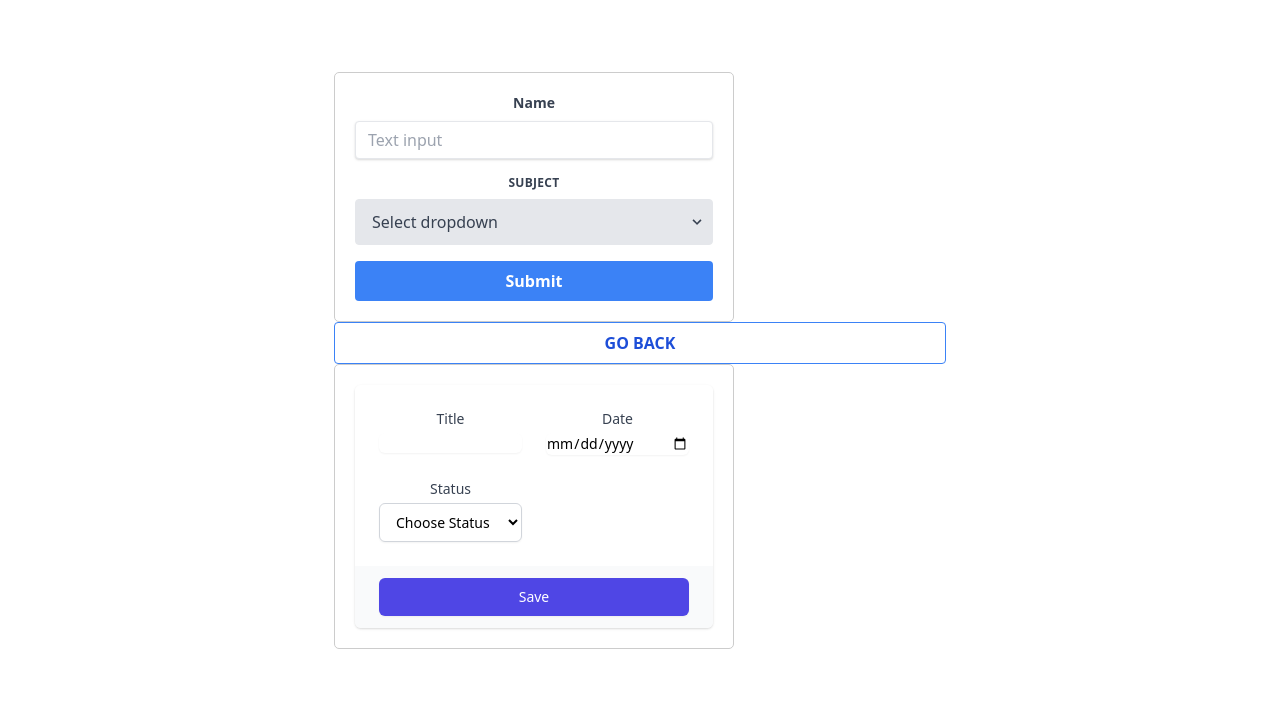
Repository: maikeru-desu/parking-lot
Page: /add (app in parking-lot-fe/)
The author's editor kept a copy of each file at every save. The page is drawn from the files as they stood at one save, then again after the next save.
The browser window is 1280 px wide. The pictures show the whole page.
The project was rebuilt for these pictures with package versions that can differ from the ones it lists, and the page was loaded fresh each time. Also part of the build but not shown: parking-lot-fe/craco.config.js, parking-lot-fe/src/pages/Home.js, parking-lot-fe/src/pages/Edit.js.

Above is the page before, as saved 2021-10-14 06:56:56.

### parking-lot-fe/src/index.js
import React from 'react';
import ReactDOM from 'react-dom';
import './index.css';
import App from './App';
import {Provider} from "react-redux";
import {BrowserRouter} from "react-router-dom";
import reportWebVitals from './reportWebVitals';
import store from './redux/store';

ReactDOM.render(
    <React.StrictMode>
        <BrowserRouter>
            <Provider store={store}>
                <App />
            </Provider>
        </BrowserRouter>
    </React.StrictMode>,
    document.getElementById('root')
);

// If you want to start measuring performance in your app, pass a function
// to log results (for example: reportWebVitals(console.log))
// or send to an analytics endpoint. Learn more: https://bit.ly/CRA-vitals
reportWebVitals();

### parking-lot-fe/src/App.js
import logo from './logo.svg';
import './App.css';
import {Switch, Route} from "react-router-dom";
import Home from './pages/Home';
import Add from './pages/Add';
import Edit from './pages/Edit';

function App() {
  return (
    <div className="App">
        <Switch>
            <Route exact path="/" component={Home} />
            <Route exact path="/add" component={Add} />
            <Route exact path="/edit/:id" component={Edit} />
        </Switch>
    </div>
  );
}

export default App;

### parking-lot-fe/src/redux/store.js
import {createStore, applyMiddleware} from "redux";
import logger from "redux-logger";
import reduxThunk from "redux-thunk";
import rootReducer from "./root-reducer";

const middlewares = [reduxThunk];

if (process.env.NODE_ENV === "development") {
    middlewares.push(logger)
}

const store = createStore(rootReducer, applyMiddleware(...middlewares));

export default store;

### parking-lot-fe/src/pages/Add.js
import React, {useState} from 'react'
import { useHistory } from 'react-router-dom';
import { useDispatch } from 'react-redux';
import { addEvent } from '../redux/actions';
import '../form.css';

const Add = () => {
    const [state, setState] = useState({
        title: "",
        date: "",
        status: ""
    });

    const [error, setError] = useState("");

    let history = useHistory();
    let dispatch = useDispatch();
    const {title, date, status} = state;

    const handleChange = (e) => {
        let {name, value} = e.target;
        console.log(value);
        setState({...state, [name]: value});
    }

    const handleSubmit = (e) => {
        e.preventDefault();
        console.log(state);
        if (!title || !date || !status) {
            setError("All fields are required");
        } else {
            dispatch(addEvent(state));
            history.push('/');
            setError("");
        }
    }
    return (
        <div>
            <form action="">
                <div className="mb-4">
                    <label className="block text-gray-700 text-sm font-bold mb-2" for="name">
                        Name
                    </label>
                    <input
                        className="shadow appearance-none border rounded w-full py-2 px-3 text-gray-700 leading-tight focus:outline-none focus:shadow-outline"
                        id="name" type="text" placeholder="Text input" />
                </div>
                <div className="mb-4">
                    <label className="block uppercase tracking-wide text-gray-700 text-xs font-bold mb-2" for="grid-state">
                        Subject
                    </label>
                    <div className="relative">
                        <select
                            className="block appearance-none w-full bg-gray-200 border border-gray-200 text-gray-700 py-3 px-4 pr-8 rounded leading-tight focus:outline-none focus:bg-white focus:border-gray-500">
                            <option>Select dropdown</option>
                            <option>With options</option>
                        </select>
                        <div className="pointer-events-none absolute inset-y-0 right-0 flex items-center px-2 text-gray-700">
                            <svg className="fill-current h-4 w-4" xmlns="http://www.w3.org/2000/svg" viewBox="0 0 20 20">
                                <path d="M9.293 12.95l.707.707L15.657 8l-1.414-1.414L10 10.828 5.757 6.586 4.343 8z" />
                            </svg>
                        </div>
                    </div>
                </div>
                <div className="flex items-center justify-between">
                    <button
                        className="bg-blue-500 hover:bg-blue-700 text-white font-bold py-2 px-4 rounded focus:outline-none focus:shadow-outline"
                        type="button">
                        Submit
                    </button>
                </div>
            </form>

            <button onClick={ () => history.push("/") } className="bg-transparent hover:bg-blue-500 text-blue-700 font-semibold hover:text-white py-2 px-4 border border-blue-500 hover:border-transparent rounded">
                GO BACK
            </button>
            {error && <h3 className="text-red-700">{error}</h3>}
            <div className="mt-10 sm:mt-0">
                <div className="md:grid md:grid-cols-3 md:gap-6">
                    <div className="mt-5 md:mt-0 md:col-span-2">
                        <form method="POST" onSubmit={handleSubmit}>
                            <div className="shadow overflow-hidden sm:rounded-md">
                                <div className="px-4 py-5 bg-white sm:p-6">
                                    <div className="grid grid-cols-6 gap-6">
                                        <div className="col-span-6 sm:col-span-3">
                                            <label htmlFor="first-name" className="block text-sm font-medium text-gray-700">
                                                Title
                                            </label>
                                            <input
                                                name="title"
                                                id="title"
                                                value={title}
                                                type={title}
                                                onChange={handleChange}
                                                className="mt-1 focus:ring-indigo-500 focus:border-indigo-500 block w-full shadow-sm sm:text-sm border-gray-300 rounded-md"
                                            />
                                        </div>
                                        <div className="col-span-6 sm:col-span-3">
                                            <label htmlFor="last-name" className="block text-sm font-medium text-gray-700">
                                                Date
                                            </label>
                                            <input
                                                type="date"
                                                name="date"
                                                id="date"
                                                value={date}
                                                onChange={handleChange}
                                                className="mt-1 focus:ring-indigo-500 focus:border-indigo-500 block w-full shadow-sm sm:text-sm border-gray-300 rounded-md"
                                            />
                                        </div>
                                        <div className="col-span-6 sm:col-span-3">
                                            <label htmlFor="country" className="block text-sm font-medium text-gray-700">
                                                Status
                                            </label>
                                            <select
                                                id="status"
                                                name="status"
                                                value={status}
                                                onChange={handleChange}
                                                className="mt-1 block w-full py-2 px-3 border border-gray-300 bg-white rounded-md shadow-sm focus:outline-none focus:ring-indigo-500 focus:border-indigo-500 sm:text-sm"
                                            >
                                                <option>Choose Status</option>
                                                <option value="0">Pending</option>
                                                <option value="2">Ongoing</option>
                                                <option value="1">Done</option>
                                            </select>
                                        </div>
                                    </div>
                                </div>
                                <div className="px-4 py-3 bg-gray-50 text-right sm:px-6">
                                    <button
                                        type="submit"
                                        className="inline-flex justify-center py-2 px-4 border border-transparent shadow-sm text-sm font-medium rounded-md text-white bg-indigo-600 hover:bg-indigo-700 focus:outline-none focus:ring-2 focus:ring-offset-2 focus:ring-indigo-500"
                                    >
                                        Save
                                    </button>
                                </div>
                            </div>
                        </form>
                    </div>
                </div>
            </div>
        </div>
    )
}

export default Add

### parking-lot-fe/src/redux/root-reducer.js
import {combineReducers} from "redux";
import eventsReducers from "./reducer";

const rootReducer = combineReducers({
    events: eventsReducers
});

export default rootReducer;

### parking-lot-fe/src/redux/actions.js
import * as types from "./actionType";
import axios from "axios";

const getEvents = (events) => ({
    type: types.GET_EVENTS,
    payload: events
});

const eventDeleted = () => ({
    type: types.DELETE_EVENT
});

const eventAdded = () => ({
    type: types.ADD_EVENT
});

const eventFetched = (event) => ({
    type: types.GET_EVENT,
    payload: event,
});

const eventUpdated = () => ({
    type: types.UPDATE_EVENT
});

export const loadEvents = () => {
    return function (dispatch) {
        axios.get(`${process.env.REACT_APP_API}`).then((resp) => {
            // console.log("resp", resp);
            dispatch(getEvents(resp.data));
        })
        .catch((error) => console.log(error));
    };
};

export const deleteEvent = (id) => {
    return function (dispatch) {
        axios.delete(`${process.env.REACT_APP_API}/${id}`).then((resp) => {
            console.log("resp", resp);
            dispatch(eventDeleted());
            dispatch(loadEvents());
        })
        .catch((error) => console.log(error));
    };
};

export const addEvent = (user) => {
    return function (dispatch) {
        axios.post(`${process.env.REACT_APP_API}`, user).then((resp) => {
            console.log("resp", resp);
            dispatch(eventAdded());
            dispatch(loadEvents());
        })
        .catch((error) => console.log(error));
    };
};

export const getEvent = (id) => {
    return function (dispatch) {
        axios.get(`${process.env.REACT_APP_API}/${id}`).then((resp) => {
            console.log("resp", resp);
            dispatch(eventFetched(resp.data));
        })
        .catch((error) => console.log(error));
    };
};

export const updateEvent = (user, id) => {
    return function (dispatch) {
        axios.put(`${process.env.REACT_APP_API}/${id}`, user).then((resp) => {
            console.log("resp", resp);
            dispatch(eventUpdated());
        })
            .catch((error) => console.log(error));
    };
};

### parking-lot-fe/src/form.css
html, body {
  height: 100%
}

body {
  display: flex;
  justify-content: center;
  align-items: center;
}

form {
  padding: 20px;
  border: 1px solid #ccc;
  border-radius: 5px;
  width: 400px;
}

button {
  width: 100%
}

### parking-lot-fe/src/redux/reducer.js
import * as types from "./actionType";

const initialState = {
    events: [],
    event: {},
    loading: true
}

const eventsReducers = (state = initialState, action) => {
    switch (action.type) {
        case types.GET_EVENTS:
            return {
                ...state,
                events: action.payload,
                loading: false,
            };
        case types.DELETE_EVENT:
        case types.ADD_EVENT:
        case types.UPDATE_EVENT:
            return {
                ...state,
                loading: false,
            }
        case types.GET_EVENT:
            return {
                ...state,
                event: action.payload,
                loading: false,
            };
        default:
            return state;
    }
}

export default eventsReducers;

### parking-lot-fe/src/redux/actionType.js
export const GET_EVENTS = "GET_EVENTS";
export const DELETE_EVENT = "DELETE_EVENT";
export const ADD_EVENT = "ADD_EVENT";
export const GET_EVENT = "GET_EVENT";
export const UPDATE_EVENT = "UPDATE_EVENT";

Loaded but not shown: parking-lot-fe/src/index.css (common file); parking-lot-fe/src/reportWebVitals.js (common file); parking-lot-fe/src/App.css (common file); parking-lot-fe/tailwind.config.js (common file)

After the next save:
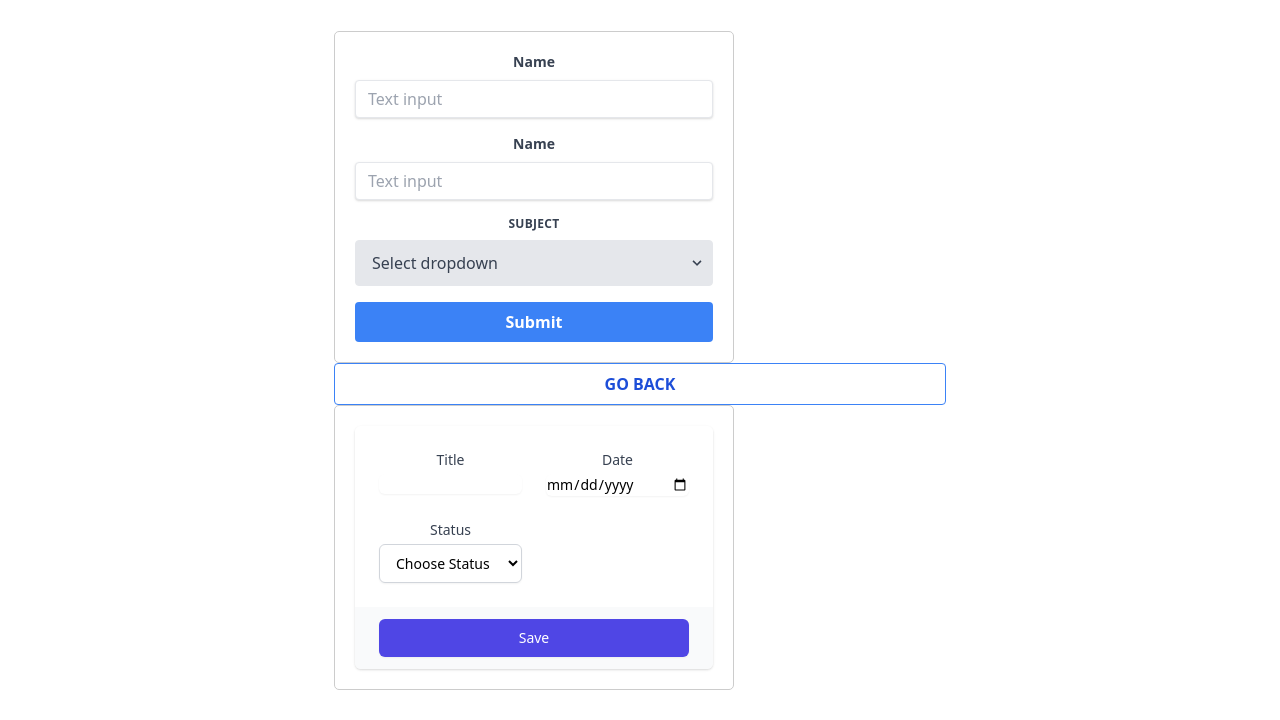
Saved 16 s later.
--- a/parking-lot-fe/src/pages/Add.js
+++ b/parking-lot-fe/src/pages/Add.js
@@ -37,6 +37,14 @@ const Add = () => {
     return (
         <div>
             <form action="">
+                <div className="mb-4">
+                    <label className="block text-gray-700 text-sm font-bold mb-2" for="name">
+                        Name
+                    </label>
+                    <input
+                        className="shadow appearance-none border rounded w-full py-2 px-3 text-gray-700 leading-tight focus:outline-none focus:shadow-outline"
+                        id="name" type="text" placeholder="Text input" />
+                </div>
                 <div className="mb-4">
                     <label className="block text-gray-700 text-sm font-bold mb-2" for="name">
                         Name
